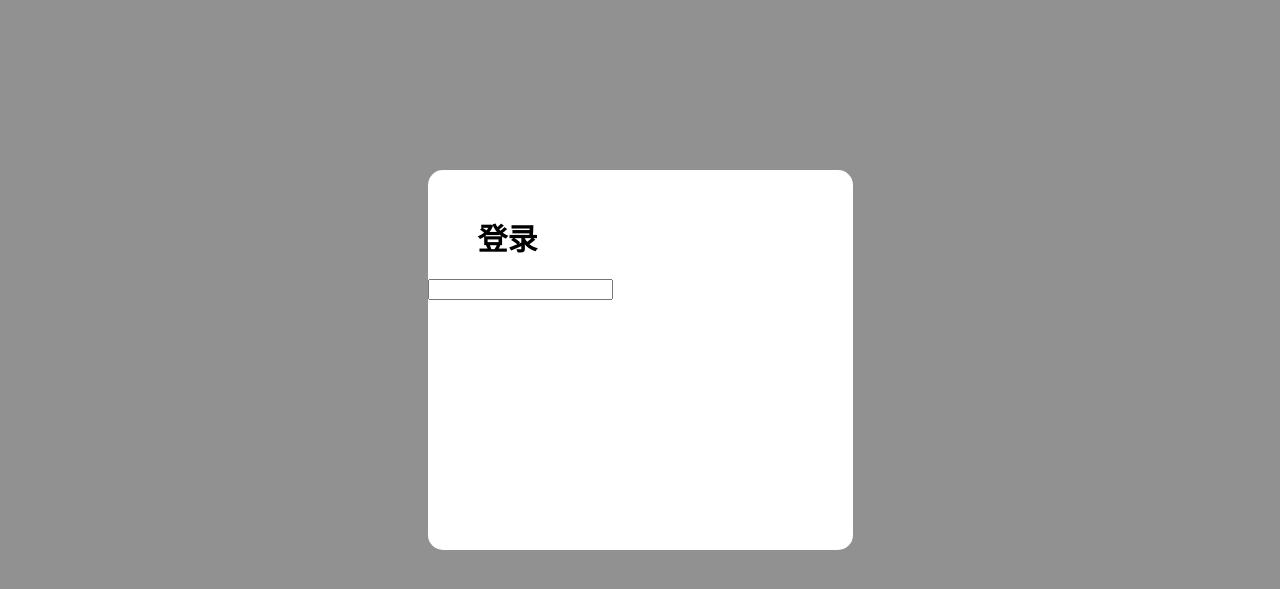
Repository: sjtu-course/homework
Page: GongZening/Week2/Web/LoginPage.html
The author's editor kept a copy of each file at every save. The page is drawn from the files as they stood at one save, then again after the next save.
The browser window is 1280 px wide. The pictures show the whole page.

Above is the page before, as saved 2020-11-07 16:26:59.

After the next save:
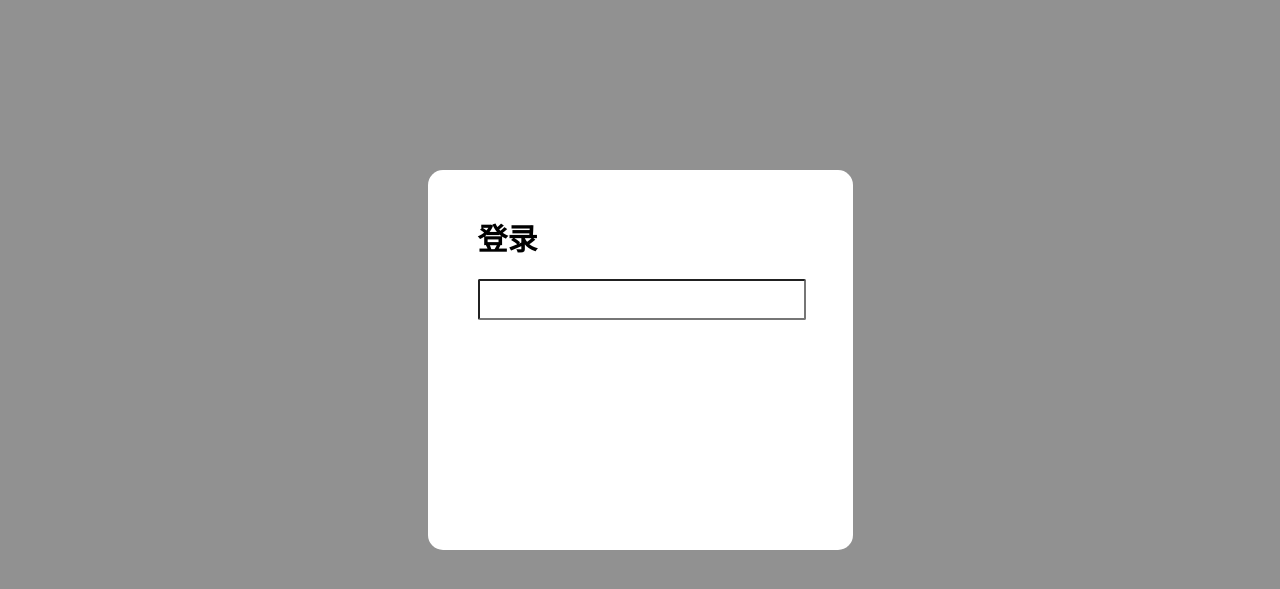
Saved 10 s later.
--- a/GongZening/Week2/Web/LoginPage.html
+++ b/GongZening/Week2/Web/LoginPage.html
@@ -8,7 +8,7 @@
         </style> -->
         <link rel="stylesheet" type="text/css" href="css/Round_Rect.css" />
         <link rel="stylesheet" type="text/css" href="css/login.css" />
-
+        <link rel="stylesheet" type="text/css" href="css/Edit_Text.css" />
     </head>
 
     <body style="background-color: #919191;">
